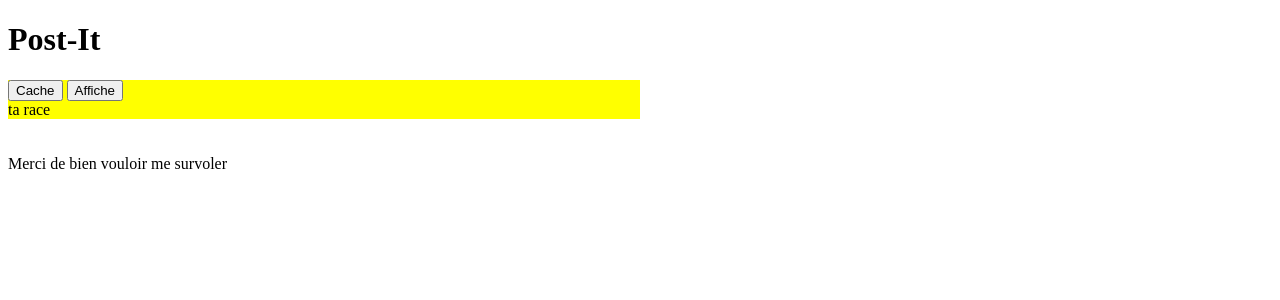
Repository: evalwebmeteofullstack/Gestion_meteo
Page: Notes/Cours + Exercices/Exercices/static/test/5em-code.html
The author's editor kept a copy of each file at every save. The page is drawn from the files as they stood at one save, then again after the next save.
The browser window is 1280 px wide. The pictures show the whole page.

Above is the page before, as saved 2019-02-04 08:22:59.

### Notes/Cours + Exercices/Exercices/static/test/5em-code.html
<!DOCTYPE HTML>
<html>
<link rel="stylesheet" type="text/css" href="style5.css" />
<head>
</head>
<body>
	<h1>Post-It</h1>
	<div>
	<input type="button" name="butCache" id="butCach" value="Cache">
	<input type="button" name="butAfficher" id="butAf" value="Affiche">
	</div>
	<div id="postIt">ta race</div>
	<br>
	<br>
	<label>Merci de bien vouloir me survoler</label>
	<script src="test5.js"></script>
</body>
</html>

### Notes/Cours + Exercices/Exercices/static/test/style5.css
div{
	width: 50%;
	background-color: yellow;
}

Loaded but not shown: Notes/Cours + Exercices/Exercices/static/test/test5.js (no copy from this time; the picture is the same without it)

After the next save:
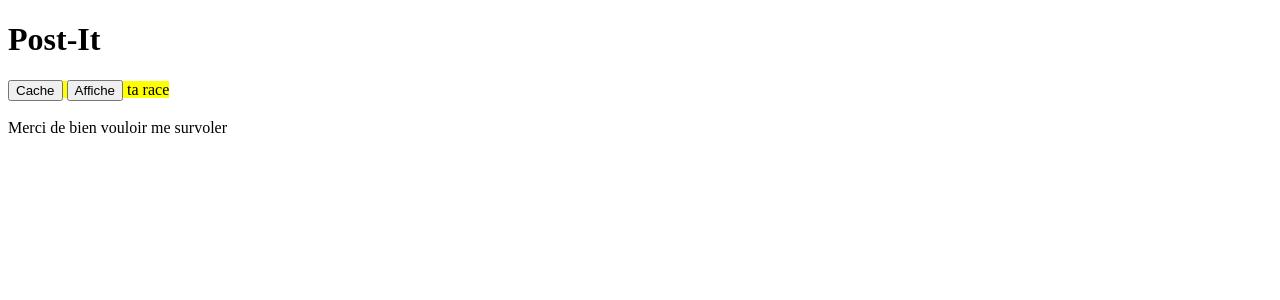
Saved 10 s later.
--- a/Notes/Cours + Exercices/Exercices/static/test/style5.css
+++ b/Notes/Cours + Exercices/Exercices/static/test/style5.css
@@ -1,4 +1,5 @@
 div{
+	display: inline;
 	width: 50%;
 	background-color: yellow;
 }
